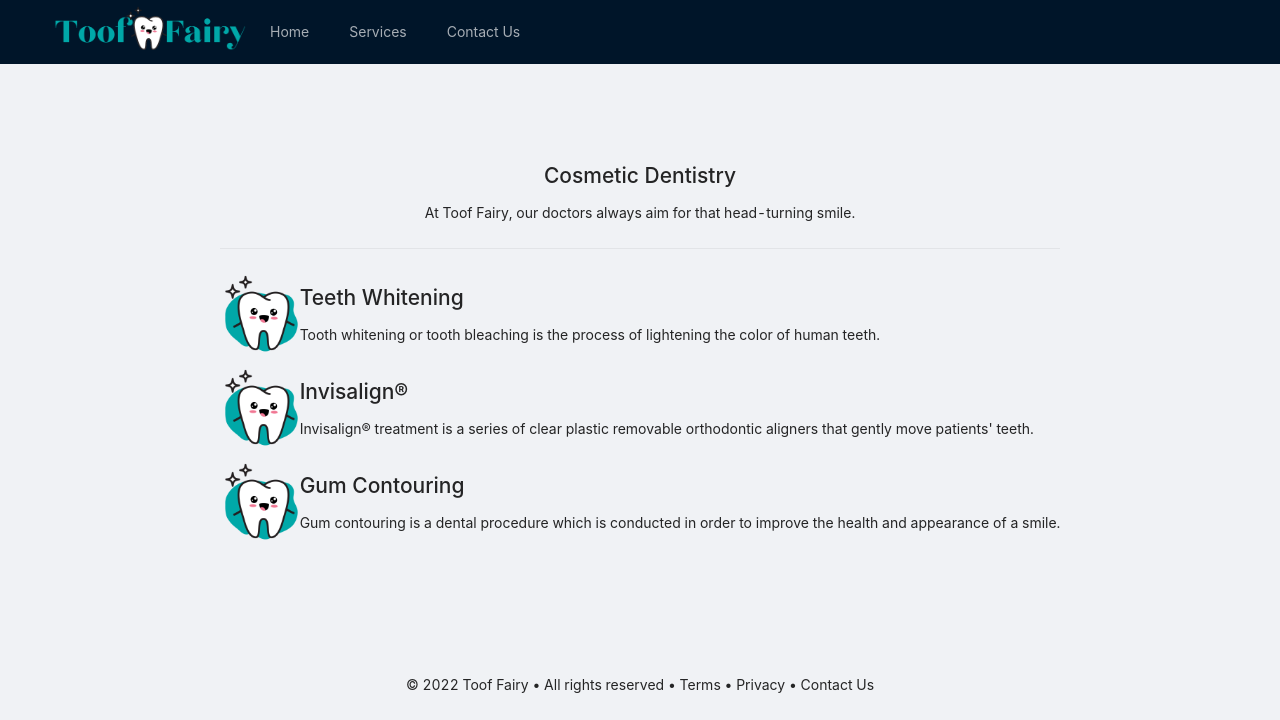
Repository: neldad1/dentist-app
Page: /cosmetic
The author's editor kept a copy of each file at every save. The page is drawn from the files as they stood at one save, then again after the next save.
The browser window is 1280 px wide. The pictures show the whole page.
The project was rebuilt for these pictures with package versions that can differ from the ones it lists, and the page was loaded fresh each time. Also part of the build but not shown: src/components/Home.jsx, src/components/Contact.jsx, src/components/Services/Resorative.jsx, src/components/Services/Preventative.jsx.

Above is the page before, as saved 2022-03-09 22:05:16.

### public/index.html
<!DOCTYPE html>
<html lang="en">
  <head>
    <meta charset="utf-8" />
    <link rel="ico" href="%PUBLIC_URL%/tfLogo512.svg" />
    <meta name="viewport" content="width=device-width, initial-scale=1" />
    <meta name="theme-color" content="#000000" />
    <meta
      name="description"
      content="Web site created using create-react-app"
    />
    <link rel="apple-touch-icon" href="%PUBLIC_URL%/tfLogo192.png" />
    <!--
      manifest.json provides metadata used when your web app is installed on a
      user's mobile device or desktop. See https://developers.google.com/web/fundamentals/web-app-manifest/
    -->
    <link rel="manifest" href="%PUBLIC_URL%/manifest.json" />
    <!--
      Notice the use of %PUBLIC_URL% in the tags above.
      It will be replaced with the URL of the `public` folder during the build.
      Only files inside the `public` folder can be referenced from the HTML.

      Unlike "/favicon.ico" or "favicon.ico", "%PUBLIC_URL%/favicon.ico" will
      work correctly both with client-side routing and a non-root public URL.
      Learn how to configure a non-root public URL by running `npm run build`.
    -->
    <title>Toof Fairy</title>
  </head>
  <body>
    <noscript>You need to enable JavaScript to run this app.</noscript>
    <div id="root"></div>
    <!--
      This HTML file is a template.
      If you open it directly in the browser, you will see an empty page.

      You can add webfonts, meta tags, or analytics to this file.
      The build step will place the bundled scripts into the <body> tag.

      To begin the development, run `npm start` or `yarn start`.
      To create a production bundle, use `npm run build` or `yarn build`.
    -->
  </body>
</html>

### src/App.js
import { BrowserRouter } from 'react-router-dom';
import './App.css';
import 'antd/dist/antd.min.css';
import Navigation from './components/Router/Navigation';
import AppRoutes from './components/Router/AppRoutes';
import { Layout } from 'antd';
import HeaderLogo from './components/HeaderLogo';
const { Header, Footer, Content } = Layout;

function App() {
  return (
    <Layout className="layout">
      <BrowserRouter>
        <Header>
          <HeaderLogo />
          <Navigation />
        </Header>
        <Content className="content">
          <AppRoutes />
        </Content>
      </BrowserRouter>
      <Footer className="footer">
        © 2022 Toof Fairy • All rights reserved • Terms • Privacy • Contact Us
      </Footer>
    </Layout>
  );
}

export default App;

### src/App.css
.layout {
  height: 100vh;
  width: 100vw;
  text-align: center;
}

.navigation {
  background-color: inherit;;
}

.logo {
  width: 200px;
  height: 50px;
  float: left;
  margin-top: 4px;
}

.footer {
  color: white;
}

.content, .home {
  display: flex;
  flex-direction: column;
  align-items: center;
  justify-content: center;
}

.intro-wrapper {
  text-align: center;
}

.home {
  width: 100%;
  height: 100%;
  background-image: url('/public/cropped.jpg');
  background-size: cover;
  background-repeat: no-repeat;
}

.content-wrapper {
  width: 50%;
  font-family: 'Segoe UI', sans-serif;
  margin-left: 10em;
  color: whitesmoke;
  display: block;
}
.tagline1 {
  font-weight: bolder;
  font-size: 2em;
  margin: 0;
  line-height: 1;
}

.contact-form {
  text-align: left;
}

.service-info {
  display: flex;
  text-align: left;
  margin-bottom: 1em;
  align-items: center;
}

### src/components/Router/Navigation.jsx
import { Link } from 'react-router-dom';
import { Menu } from 'antd';
const { SubMenu } = Menu;

const Navigation = () => {
  return (
    <Menu mode="horizontal" theme="dark">
      <Menu.Item key="home">
        <span>Home</span>
        <Link to="/" />
      </Menu.Item>
      <SubMenu key="subMenu" title="Services">
        <Menu.Item key="cosmetic">
          <span>Cosmetic</span>
          <Link to="/cosmetic" />
        </Menu.Item>
        <Menu.Item key="restore">
          <span>Restorative</span>
          <Link to="/restorative" />
        </Menu.Item>
        <Menu.Item key="prevent">
          <span>Preventative</span>
          <Link to="/preventative" />
        </Menu.Item>
      </SubMenu>
      <Menu.Item key="contact">
        <span>Contact Us</span>
        <Link to="/contact" />
      </Menu.Item>
    </Menu>
  );
};

export default Navigation;

### src/components/Router/AppRoutes.jsx
import { Route, Routes } from 'react-router-dom';
import Home from '../Home';
import Services from '../Services';
import Contact from '../Contact';
import Cosmetic from '../Services/Cosmetic';
import Restorative from '../Services/Resorative';
import Preventative from '../Services/Preventative';

const AppRoutes = () => {
  return (
    <Routes>
      <Route exact path="/" element={<Home />} />
      <Route path="/cosmetic" element={<Cosmetic />} />
      <Route path="/restorative" element={<Restorative />} />
      <Route path="/preventative" element={<Preventative />} />
      <Route path="/contact" element={<Contact />} />
    </Routes>
  );
};

export default AppRoutes;

### src/components/HeaderLogo.jsx
import { Link } from 'react-router-dom';

const HeaderLogo = () => {
  return (
    <Link to="/">
      <img className="logo" src={require('../tfLogo.png')} alt="TF" />
    </Link>
  );
};

export default HeaderLogo;

### src/components/Services/Cosmetic.jsx
import { Divider } from 'antd';
import ToofImg from '../ToofImg';

const Cosmetic = () => {
  return (
    <div>
      <div>
        <h1>Cosmetic Dentistry</h1>
        <p>
          At Toof Fairy, our doctors always aim for that head-turning smile.
        </p>
      </div>
      <Divider />
      <div className="service-info">
        <ToofImg />
        <div>
          <h2>Teeth Whitening</h2>
          <span>
            Tooth whitening or tooth bleaching is the process of lightening the
            color of human teeth.
          </span>
        </div>
      </div>
      <div className="service-info">
        <ToofImg />
        <div>
          <h2>Invisalign®</h2>
          <span>
            Invisalign® treatment is a series of clear plastic removable
            orthodontic aligners that gently move patients' teeth.{' '}
          </span>
        </div>
      </div>
      <div className="service-info">
        <ToofImg />
        <div>
          <h2>Gum Contouring</h2>
          <span>
            Gum contouring is a dental procedure which is conducted in order to
            improve the health and appearance of a smile.{' '}
          </span>
        </div>
      </div>
    </div>
  );
};

export default Cosmetic;

### src/components/ToofImg.jsx
import { Image } from 'antd';

const ToofImg = () => {
  return (
    <div>
      <Image width={80} src={require('../toof.png')} alt="toof" />
    </div>
  );
};

export default ToofImg;

Loaded but not shown: src/index.js (common file); src/index.css (common file); src/reportWebVitals.js (common file)

After the next save:
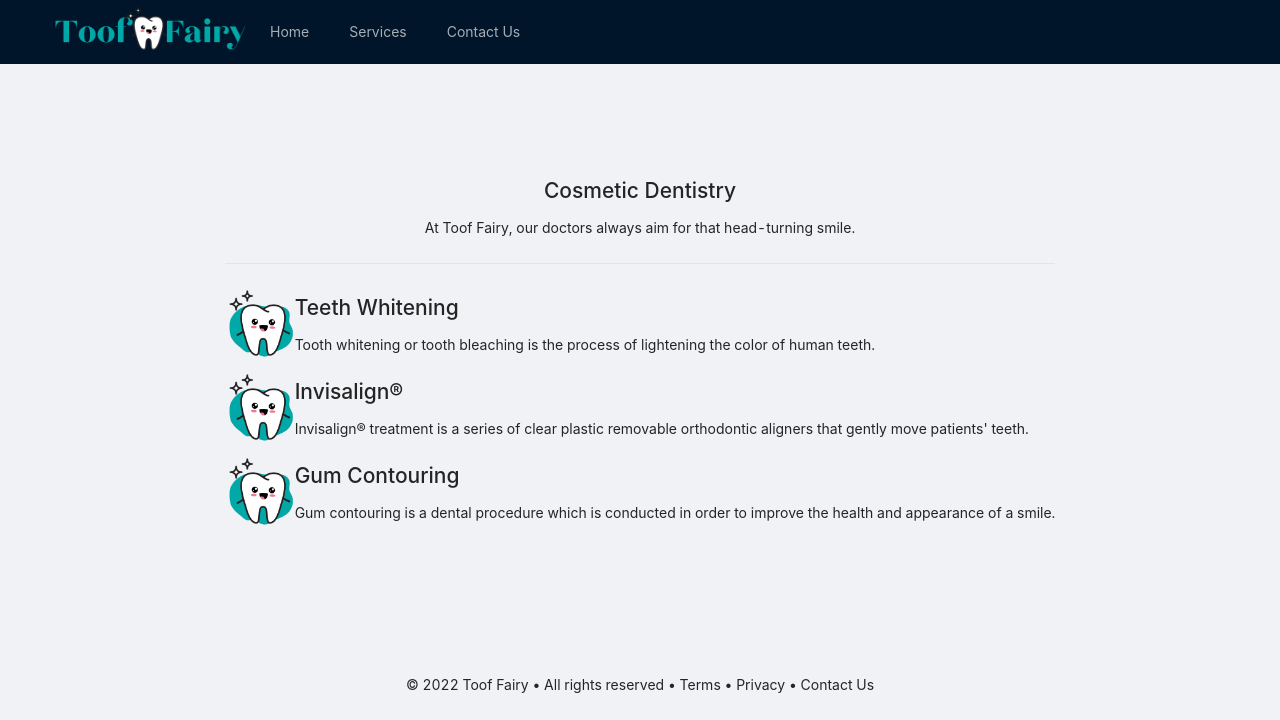
Saved 14 s later.
--- a/src/components/ToofImg.jsx
+++ b/src/components/ToofImg.jsx
@@ -3,7 +3,7 @@ import { Image } from 'antd';
 const ToofImg = () => {
   return (
     <div>
-      <Image width={80} src={require('../toof.png')} alt="toof" />
+      <Image width={70} src={require('../toof.png')} alt="toof" />
     </div>
   );
 };
